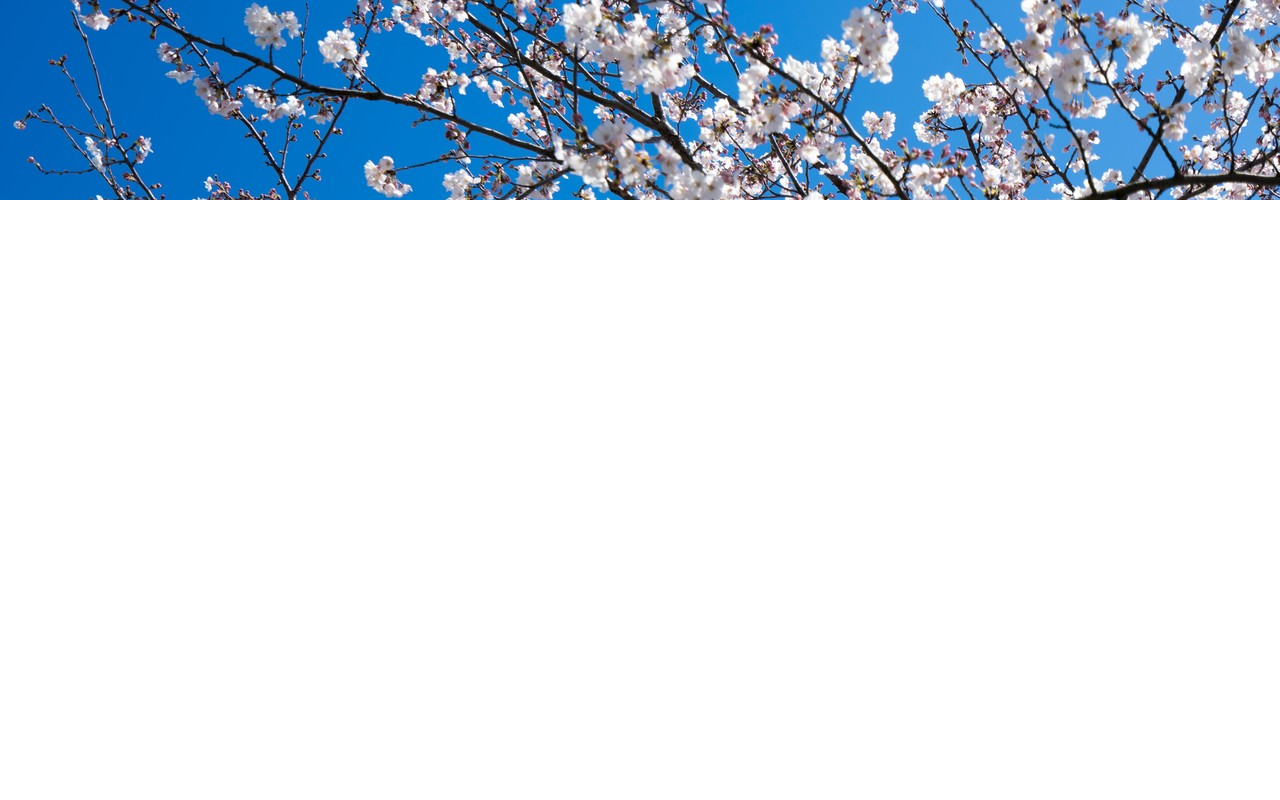
Repository: kk-um/advance1
Page: 演習/6.html
The author's editor kept a record of every edit. The page is drawn from the files as they stood at one moment, then again after the next edit.
The browser window is 1280 px wide. The pictures show the whole page.

Above is the page before.

After the next edit:
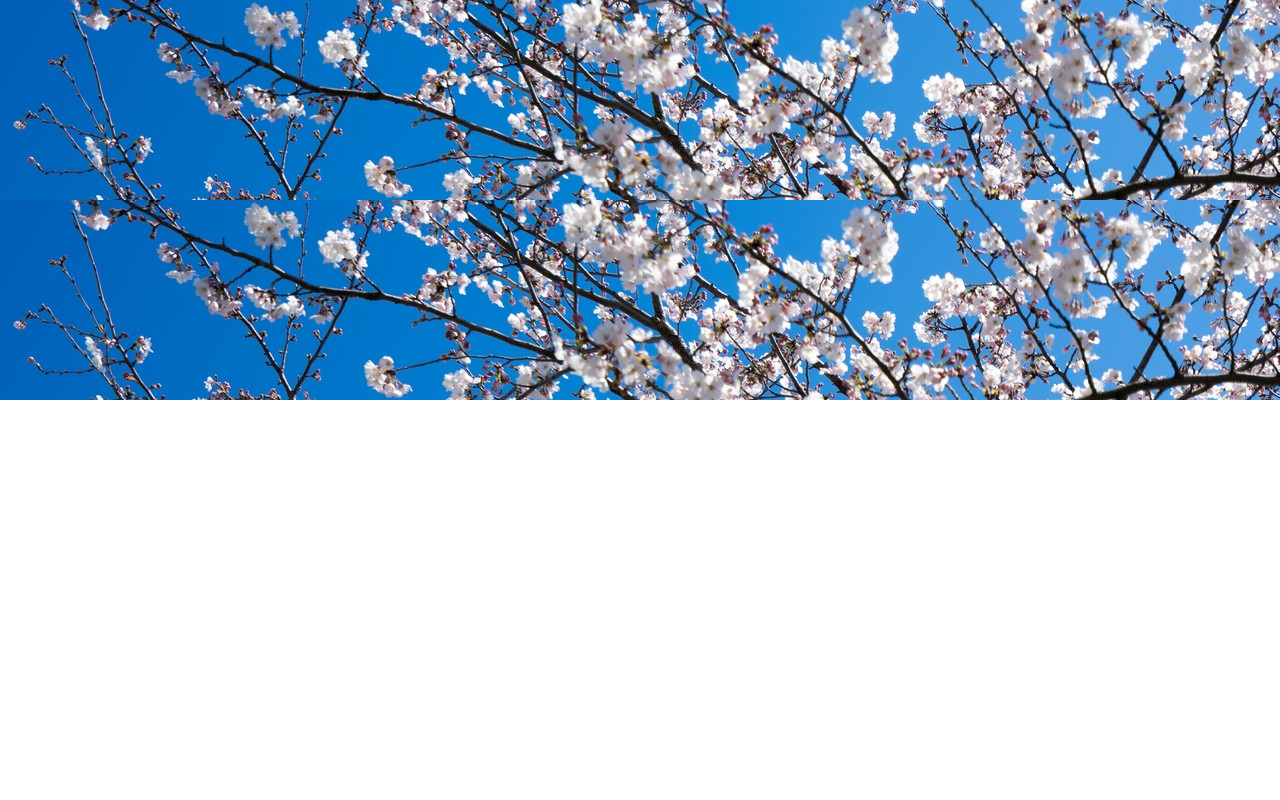
The edit:
--- a/演習/6.css
+++ b/演習/6.css
@@ -13,6 +13,7 @@
 .box2{
   width:100%;
   height: 200px;
+  background-image: url(img/box1.jpg);
 }
 
 .box3{
